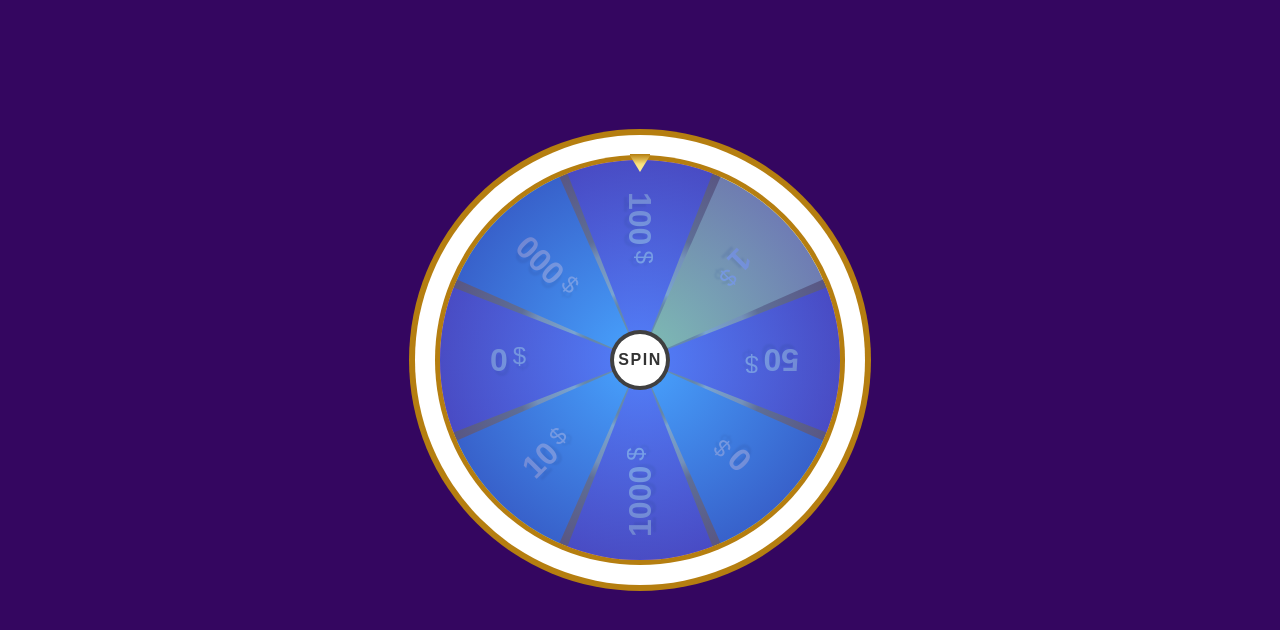
Repository: Jacques-Jaki-Morkel/FundedMarketplace_WheelofFortune
Page: index.html
The author's editor kept a copy of each file at every save. The page is drawn from the files as they stood at one save, then again after the next save.
The browser window is 1280 px wide. The pictures show the whole page.

Above is the page before, as saved 2025-08-14 13:20:24.

### index.html
<!DOCTYPE html>
<html lang="en">

<head>
    <meta charset="UTF-8">
    <meta name="viewport" content="width=device-width, initial-scale=1.0">
    <title>Wheel of Fortune - Funded Marketplace</title>
    <link rel="stylesheet" href="styles.css">
</head>

<body>
    <div class="container">
        <div class="spinBtn">
            SPIN
        </div>
        <div class="wheel">
            <span></span>
            <div class="number" style=" --i:1 ;">
                <span>100</span>
            </div>
            <div class="number" style=" --i:2 ;--clr2: linear-gradient(var(--angle), white, yellow);">
                <span>1</span>
            </div>
            <div class="number" style=" --i:3 ;">
                <span>50</span>
            </div>
            <div class="number" style=" --i:4 ;--clr2: linear-gradient(var(--angle), #8b72e7 0%, #48a4ff 7%, #48a4ff 89%,  #3638ad 100%);">
                <span>0</span>
            </div>
            <div class="number" style=" --i:5 ;">
                <span>1000</span>
            </div>
            <div class="number" style=" --i:6 ;--clr2: linear-gradient(var(--angle), #8b72e7 0%, #48a4ff 7%, #48a4ff 89%,  #3638ad 100%);">
                <span>10</span>
            </div>
            <div class="number" style=" --i:7 ;">
                <span>0</span>
            </div>
            <div class="number" style=" --i:8 ;--clr2: linear-gradient(var(--angle), #8b72e7 0%, #48a4ff 7%, #48a4ff 89%,  #3638ad 100%);">
                <span>000</span>
            </div>
        </div>
    <div>
    <script src="script.js"></script>
</body>

</html>

### styles.css
* {
    margin: 0;
    padding: 0;
    box-sizing: border-box;
    font-family: 'Poppins', sans-serif;
}

body {
    display: flex;
    justify-content: center;
    align-items: center;
    min-height: 100vh;
    background: rgb(52, 6, 96);
}

.container {
    position: relative;
    width: 400px;
    height: 400px;
    display: flex;
    justify-content: center;
    align-items: center;
}

.container .spinBtn {
    position: absolute;
    width: 60px;
    height: 60px;
    background: #fff;
    border-radius: 50%;
    z-index: 10;
    display: flex;
    justify-content: center;
    align-items: center;
    text-transform: uppercase;
    font-weight: 600;
    color: #333;
    letter-spacing: 0.1em;
    border: 4px solid rgba(0, 0, 0, 0.75);
    cursor: pointer;
    user-select: none;
}

.container .spinBtn::before {
    content: '';
    position: absolute;
    top: -180px;
    width: 20px;
    transform: rotate(180DEG);
    height: 30px;
    background: linear-gradient(#b57e10  ,#fff3a6 , #f9df7b , #b57e10 );
    clip-path: polygon(50% 40%, -5% 100%, 105% 100%);
}

.container .wheel {
    position: absolute;
    top: 0;
    left: 0;
    width: 100%;
    height: 100%;
    background: radial-gradient(#b57e10 20% ,#fff3a6  25%, #f9df7b 39%, #b57e10 45%);
    border-radius: 50%;
    overflow: hidden;
    box-shadow: 0 0 0 5px #b57e10,
        0 0 0 25px #fff,
        0 0 0 31px #b57e10;

}
/* Gradient overlay rings */
.container .wheel::before,
.container .wheel::after {

    content: "";
    position: absolute;
    inset: 0; /* fills the wheel */
    border-radius: 50%;
    pointer-events: none;
}

.container .wheel::before {
    background: radial-gradient(circle, rgba(181, 126, 16, 0.7) 20%, rgba(255, 243, 166, 0) 25%, rgba(249, 223, 123, 0.7) 39%, rgba(181, 126, 16, 0.7) 45%);
}

.container .wheel::after {
    background: radial-gradient(circle, rgba(72, 164, 255, 0.7) 0%, rgba(45, 51, 166, 0.7) 84%, rgba(72, 164, 255, 0.7) 100%);
}

.container .wheel .number {
    position: absolute;
    width: 50%;
    height: 50%;
    background:var(--clr2, linear-gradient(var(--angle), #8b72e7, #6b2df0));
    --angle: 140deg;
    transform-origin: bottom right;
    transform: rotate(calc(45deg * var(--i)));
    clip-path: polygon(0 0, 56% 0, 100% 100%, 0 56%);
    display: flex;
    justify-content: center;
    align-items: center;
    user-select: none;
    cursor: pointer;
}

.container .wheel .number span {
    position: relative;
    transform: rotate(45deg);
    color: #fff;
    font-size: 2em;
    font-weight: 700;
    text-shadow: 3px 5px 2px rgba(0, 0, 0, 0.15);
}

.container .wheel .number span::after {
    content: '$';
    padding-left: 5px;
    position: absolute;
    font-size: 0.75em;
    font-weight: 500;
}

### script.js
const wheel = document.querySelector('.wheel');
const spinButton = document.querySelector('.spinBtn');
const value = Math.ceil(Math.random() * 360);

spinButton.addEventListener('click', () => {
    const rotations = Math.max(Math.random() * 100, 15); // Ensure at least 15 full rotations
    const randomDegree = Math.floor(Math.random() * (360*rotations)) + 720; // Ensure at least two full rotations
    const finalDegree = value + randomDegree;

    wheel.style.transition = 'transform 5s ease-in-out';
    wheel.style.transform = `rotate(${finalDegree}deg)`;

//     spin styles
//     cubic-bezier(0.33, 1, 0.68, 1)
})

After the next save:
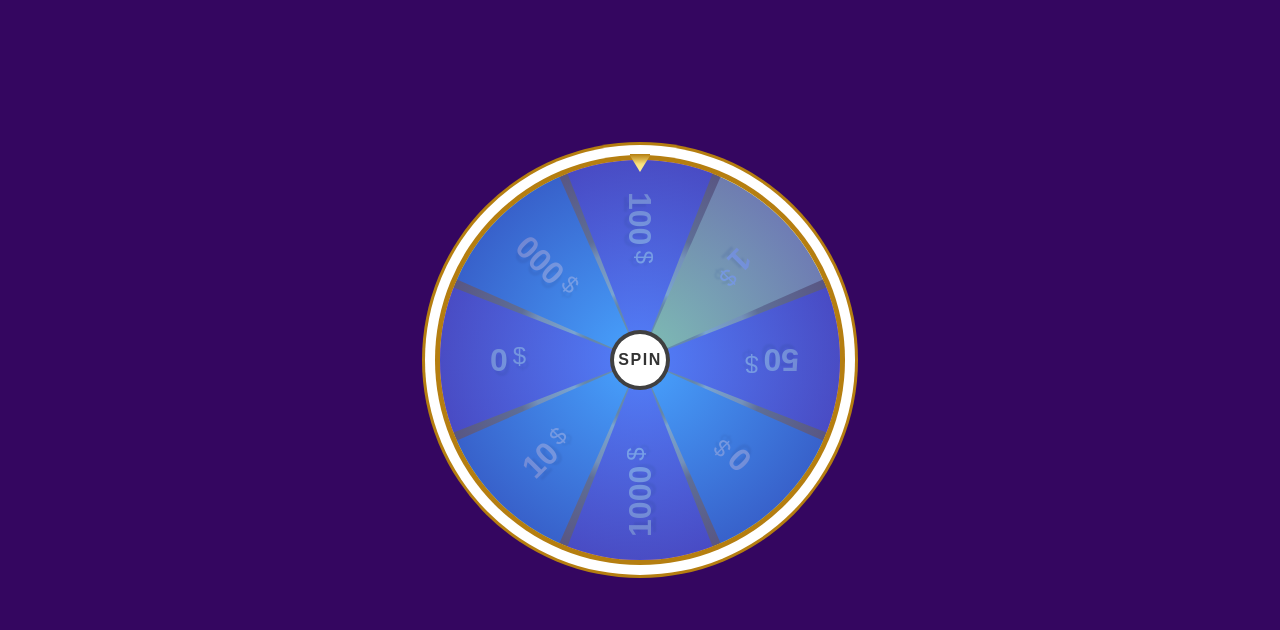
Saved 77 s later.
--- a/styles.css
+++ b/styles.css
@@ -62,14 +62,13 @@ body {
     border-radius: 50%;
     overflow: hidden;
     box-shadow: 0 0 0 5px #b57e10,
-        0 0 0 25px #fff,
-        0 0 0 31px #b57e10;
+        0 0 0 15px #fff,
+        0 0 0 18px #b57e10;
 
 }
 /* Gradient overlay rings */
 .container .wheel::before,
 .container .wheel::after {
-
     content: "";
     position: absolute;
     inset: 0; /* fills the wheel */
